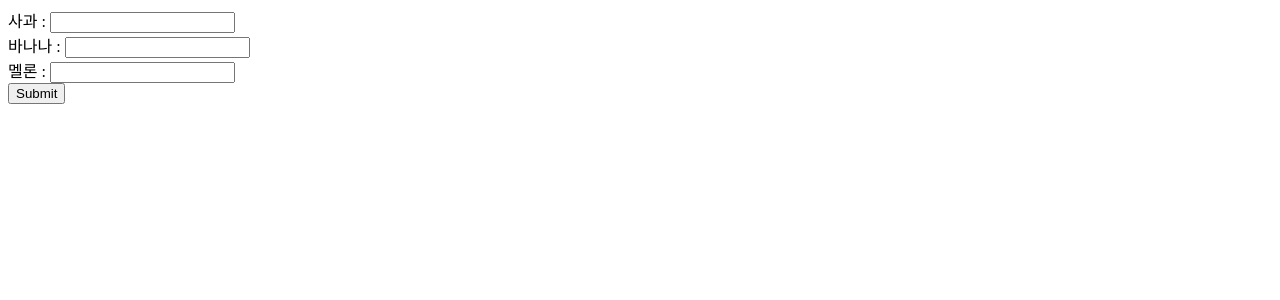
Repository: limbbbyoung/JSP_practice
Page: http://localhost/JSPbasic/jspobject/request/req_form.jsp
An editor plug-in stored every save of this project. The page is shown before and after the next save, followed by the edit.
The browser window is 1280 px wide. The pictures show the whole page.
The page is served by Tomcat 9.

Above is the page before, as saved 2022-03-24 12:05:44.

### JSPbasic/src/main/webapp/jspobject/request/req_form.jsp
<%@ page language="java" contentType="text/html; charset=UTF-8"
    pageEncoding="UTF-8"%>
<!DOCTYPE html>
<html>
<head>
<meta charset="UTF-8">
<title>Insert title here</title>
</head>
<body>
    <!-- form 태그는 action="목적지" method="전달방식"(get, post) 를 기입해 데이터를 전달하는 태그입니다.
     여닫는 부분 사이에 input 태그를 이용해 보낼 데이터 양식을 지정할 수 있습니다. -->
     <form action="http://localhost:8181/JSPbasic/jspobject/request/req_param.jsp" method="get">
     <!-- input태그는 text(단순문자), password(비밀번호), submit(전송버튼) 등을 많이 사용합니다. -->
     사과 : <input type="text" name="apple"><br/>
     바나나 : <input type="text" name="banana"><br/>
     멜론 : <input type="text" name="melon"><br/>
     <input type="submit">
     </form>
</body>
</html>

After the next save:
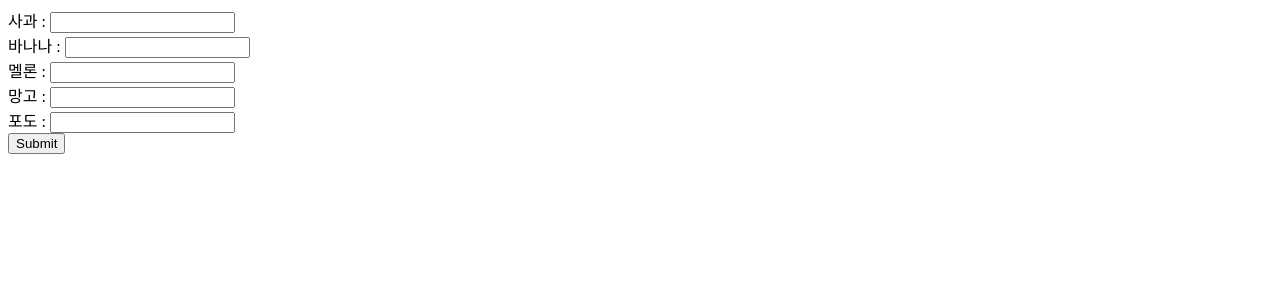
Saved 6 s later.
--- a/JSPbasic/src/main/webapp/jspobject/request/req_form.jsp
+++ b/JSPbasic/src/main/webapp/jspobject/request/req_form.jsp
@@ -14,6 +14,8 @@
      사과 : <input type="text" name="apple"><br/>
      바나나 : <input type="text" name="banana"><br/>
      멜론 : <input type="text" name="melon"><br/>
+     망고 : <input type="text" name="mango"><br/>
+     포도 : <input type="text" name="grape"><br/>
      <input type="submit">
      </form>
 </body>
